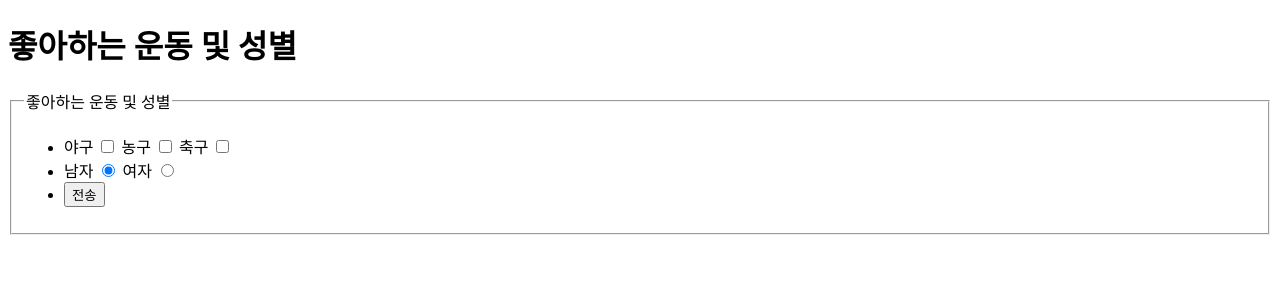
Repository: sgnq008-tech/JSP
Page: http://localhost/WebProject/test/sport.jsp
These files come from the project's save history. The page is drawn as it stood at one moment and after the next save; the edit follows.
The browser window is 1280 px wide. The pictures show the whole page.
The page is served by Tomcat 9. Other server files are loaded and not shown.

Above is the page before, as saved 2026-09-08 00:47:47.

### jsp_workspace/WebProject/src/main/webapp/test/sport.jsp
<%@ page language="java" contentType="text/html; charset=UTF-8"
    pageEncoding="UTF-8"%>
<!DOCTYPE html>
<html>
<head>
<meta charset="UTF-8">
<title>좋아하는 운동 및 성별</title>
</head>
<body>
<h1>좋아하는 운동 및 성별</h1>
<form action="Sport" method="post">
                <fieldset>
                                <legend>좋아하는 운동 및 성별</legend>
                                <ul>
                                <li>
                                       <label>야구</label>
                                       <input type ="checkbox" name="sports" value ="야구">
                                       <label>농구</label>
                                       <input type ="checkbox" name="sports" value ="농구">
                                       <label>축구</label>
                                       <input type ="checkbox" name="sports" value ="축구">
                                </li>
                                <li>
                                      <label>남자</label>
                                      <input type ="radio" name="gender" value ="남자" checked="checked">
                                      <label>여자</label>
                                      <input type ="radio" name="gender" value ="여자">
                                </li>
                                <li>
                                      <input type ="submit" value ="전송">
                                </li>
                                </ul>
                </fieldset>

</form>

</body>
</html>

After the next save:
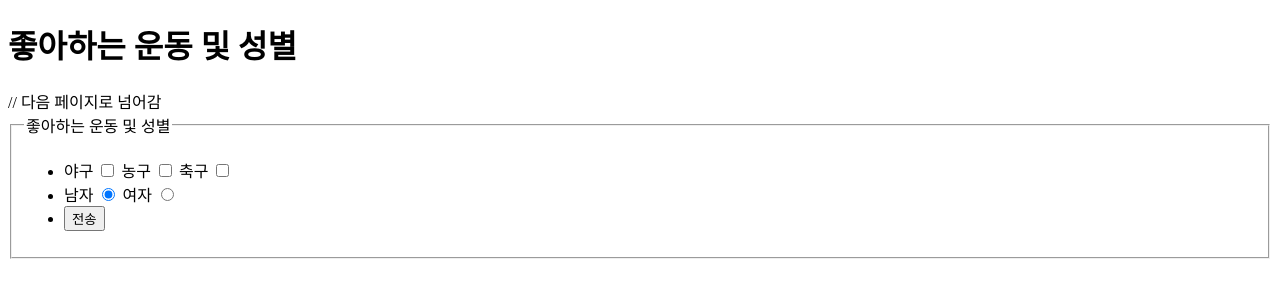
Saved 34 s later.
--- a/jsp_workspace/WebProject/src/main/webapp/test/sport.jsp
+++ b/jsp_workspace/WebProject/src/main/webapp/test/sport.jsp
@@ -8,7 +8,7 @@
 </head>
 <body>
 <h1>좋아하는 운동 및 성별</h1>
-<form action="Sport" method="post">
+<form action="Sport" method="post"> // 다음 페이지로 넘어감
                 <fieldset>
                                 <legend>좋아하는 운동 및 성별</legend>
                                 <ul>
